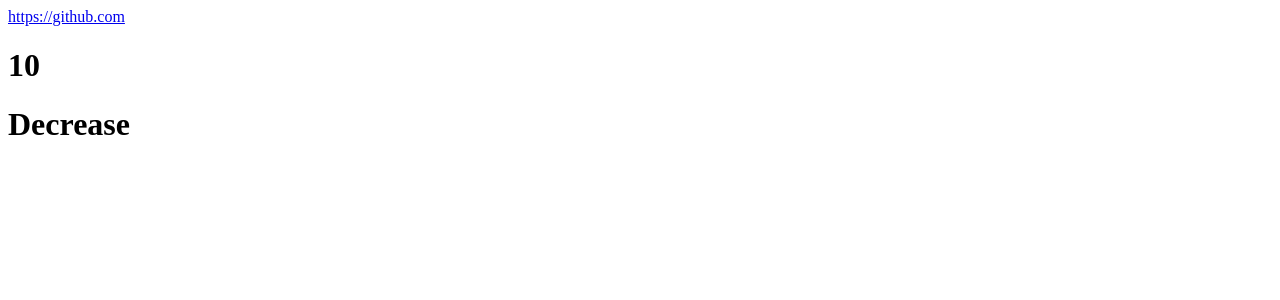
Repository: nashthecoder/vuebasics
Page: directives.html
The author's editor kept a copy of each file at every save. The page is drawn from the files as they stood at one save, then again after the next save.
The browser window is 1280 px wide. The pictures show the whole page.

Above is the page before, as saved 2021-01-05 19:03:09.

### directives.html

<!DOCTYPE html>
<html lang="en">

<div id="app">


  <a :href="url">{{url}}</a>

  <h1 v-on:click="number++">{{number}}</h1>

  <h1 v-on:click="number--">Decrease</h1>
<!--v-on:click Shortcut @ -->

</div>

<script src="https://cdn.jsdelivr.net/npm/vue@2/dist/vue.js"></script>


<script>

  let vm = new Vue({

    el: '#app',
    data: {
      number: 10,
      url: 'https://github.com',
      message: 'Hello Naijeria',

    }

  })

</script>

After the next save:
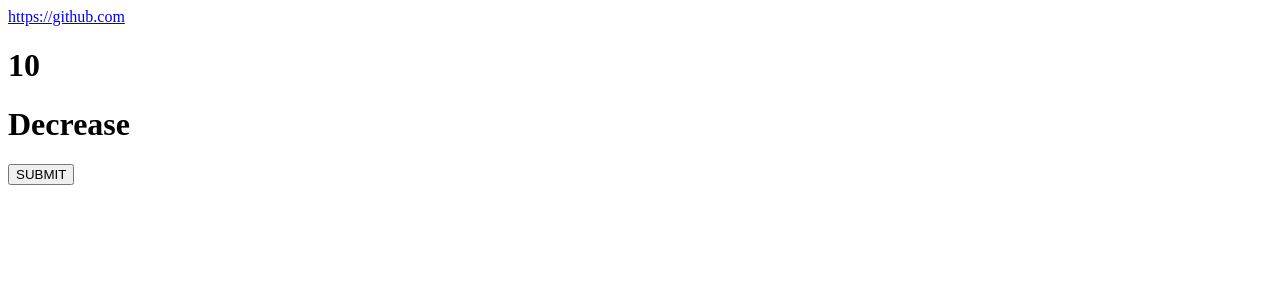
Saved 22 min 36 s later.
--- a/directives.html
+++ b/directives.html
@@ -11,6 +11,12 @@
 
   <h1 v-on:click="number--">Decrease</h1>
 <!--v-on:click Shortcut @ -->
+
+<form action="">
+
+    <button v-on:click="number++" type="submit">SUBMIT</button>
+
+</form>
 
 </div>
 
